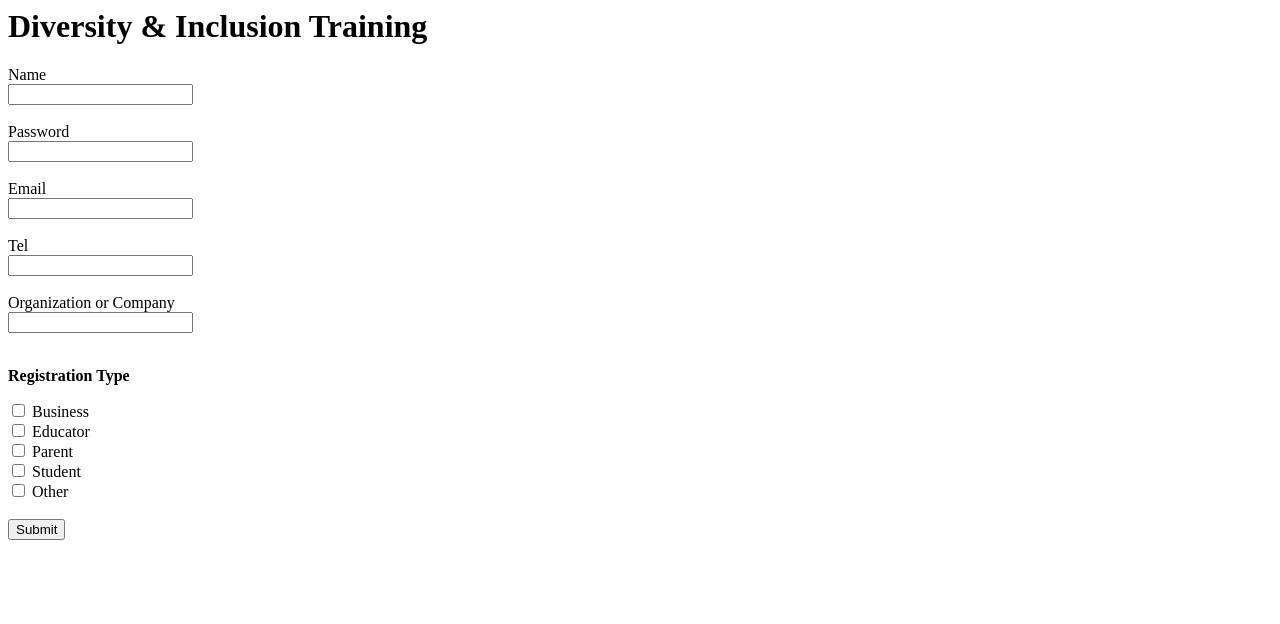
Repository: wafaa399/webDesigner-Tasks-wafaa-ahmed
Page: index.html
These files come from the project's save history. The page is drawn as it stood at one moment and after the next save; the edit follows.
The browser window is 1280 px wide. The pictures show the whole page.

Above is the page before, as saved 2026-07-13 22:43:04.

After the next save:
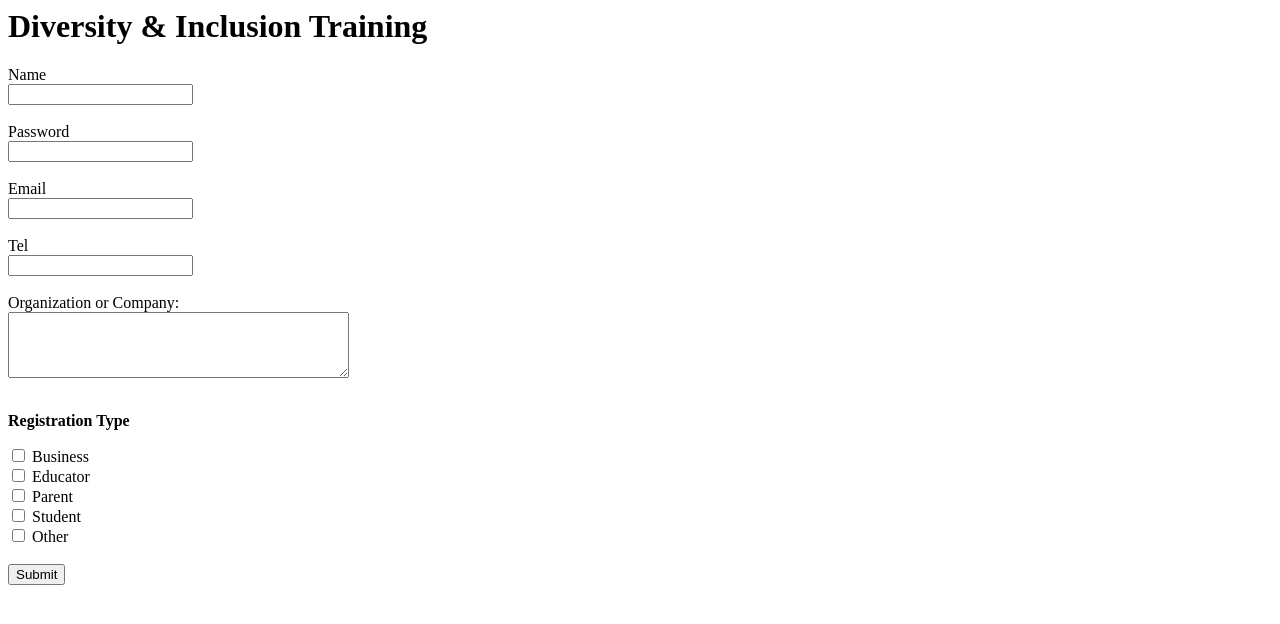
Saved 57 s later.
--- a/index.html
+++ b/index.html
@@ -30,8 +30,8 @@
       <input type="tel" id="tel" name="tel" />
       <br /><br />
 
-      <label for="company">Organization or Company</label><br />
-      <input type="text" id="company" name="company" />
+      <label for="company">Organization or Company:</label><br />
+      <textarea id="company" name="company" rows="4" cols="40"></textarea>
       <br /><br />
 
       <p><strong>Registration Type</strong></p>
